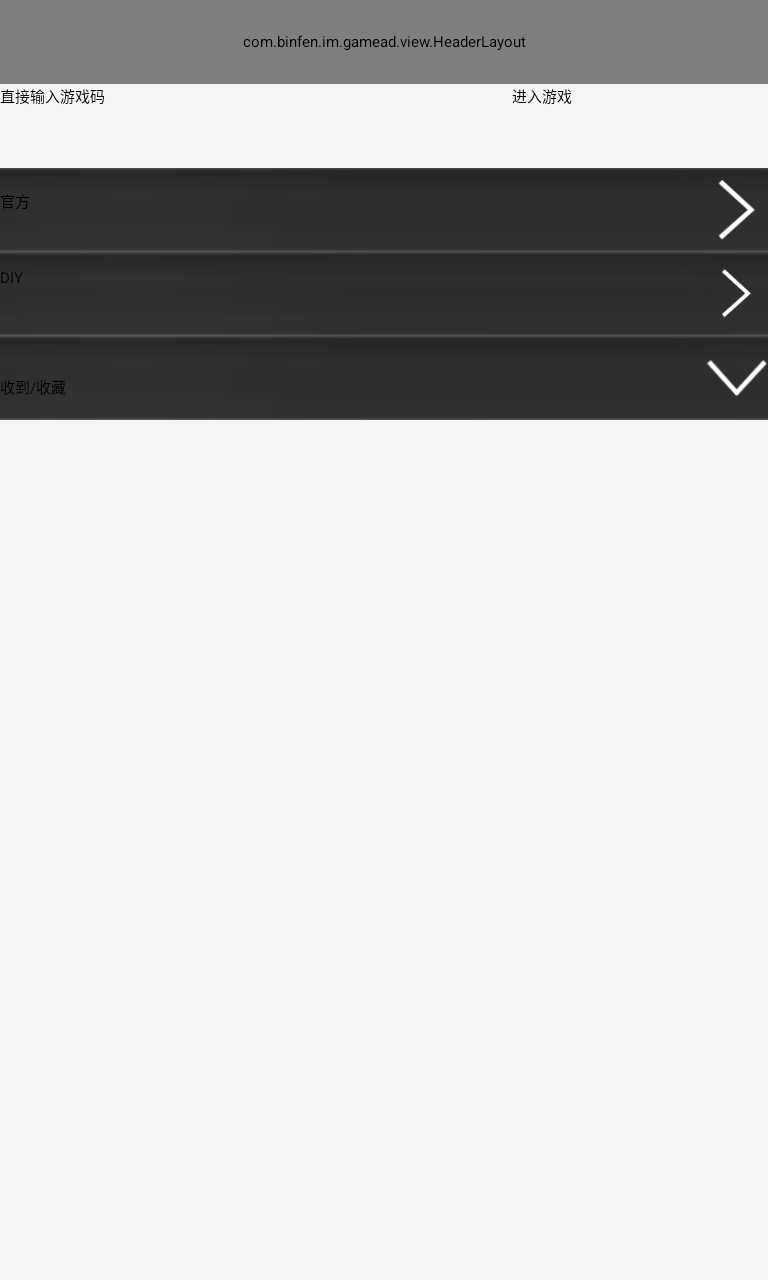
Repository: hosle/gad2
Layout: gamead_IM2/res/layout/xxh_gamelayout3.xml
The author's editor kept a copy of each file at every save. The layout is drawn from the files as they stood at one save, then again after the next save.
Pictures or frames that could not be fetched are drawn as grey boxes. It is drawn on a 768 x 1280 px phone screen (xhdpi) without system bars, with theme AppTheme; the app's code is not run. Lists and similar views that code fills are empty. The app's manifest (not shown) leaves right-to-left support off. So textAlignment, textDirection and layoutDirection are ignored, and left and right values win over start and end ones.

Above is the layout before, as saved 2015-06-26 07:17:42.

After the next save:
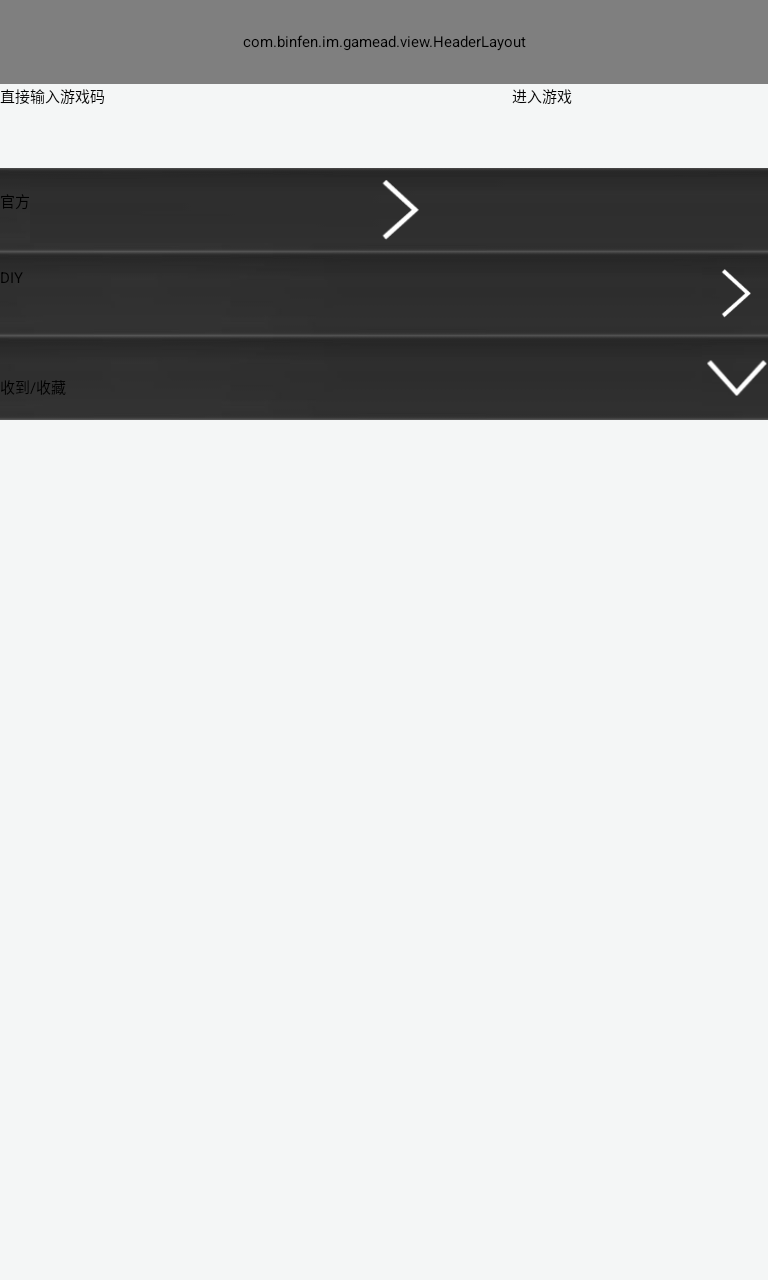
Saved 25 s later.
--- a/gamead_IM2/res/layout/xxh_gamelayout3.xml
+++ b/gamead_IM2/res/layout/xxh_gamelayout3.xml
@@ -57,7 +57,7 @@
                android:layout_height="wrap_content"
                android:layout_alignParentBottom="true"
                android:layout_alignParentRight="true"
-               android:layout_alignRight="@+id/official_game"
+               android:layout_toRightOf="@+id/official_game"
                android:background="@drawable/xxh_game_bkimgbnt"
                android:src="@drawable/xxh_game_ar" />
 

After the save that followed:
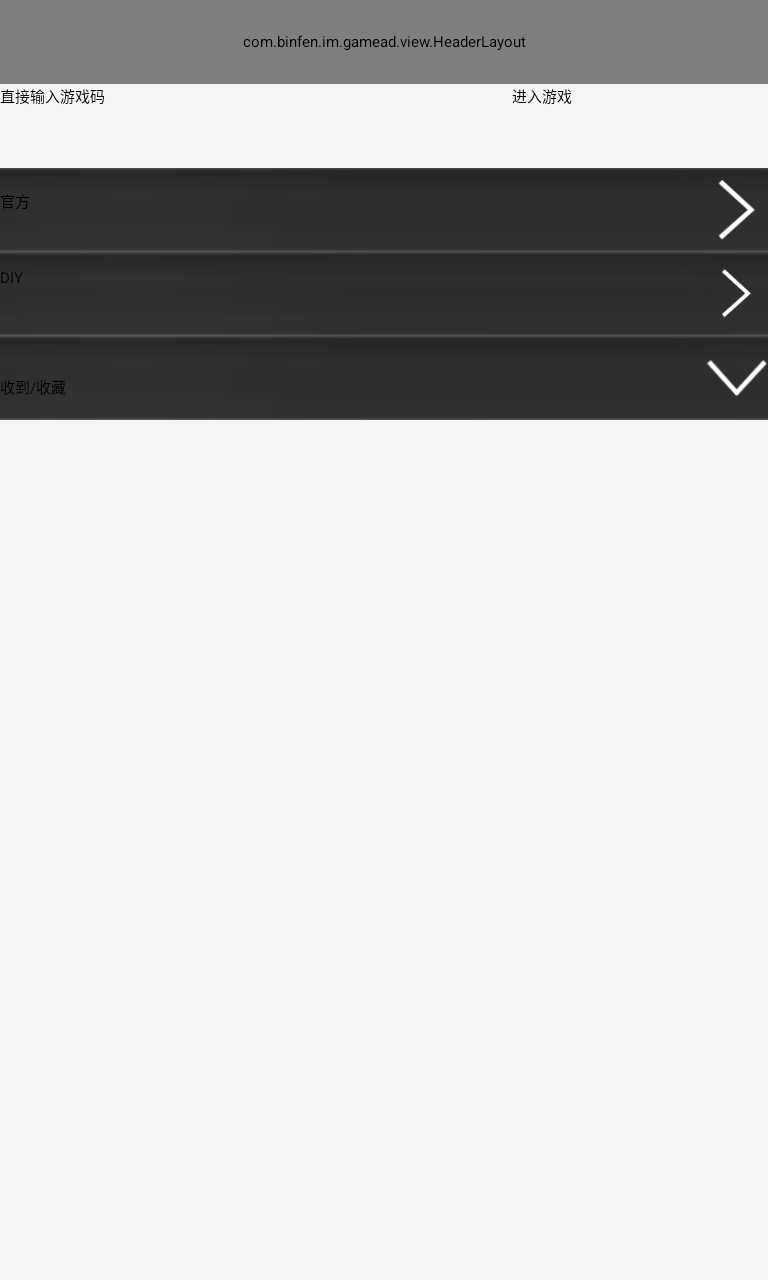
Saved 11 s later.
--- a/gamead_IM2/res/layout/xxh_gamelayout3.xml
+++ b/gamead_IM2/res/layout/xxh_gamelayout3.xml
@@ -57,7 +57,7 @@
                android:layout_height="wrap_content"
                android:layout_alignParentBottom="true"
                android:layout_alignParentRight="true"
-               android:layout_toRightOf="@+id/official_game"
+               android:layout_alignRight="@+id/official_game"
                android:background="@drawable/xxh_game_bkimgbnt"
                android:src="@drawable/xxh_game_ar" />
 
